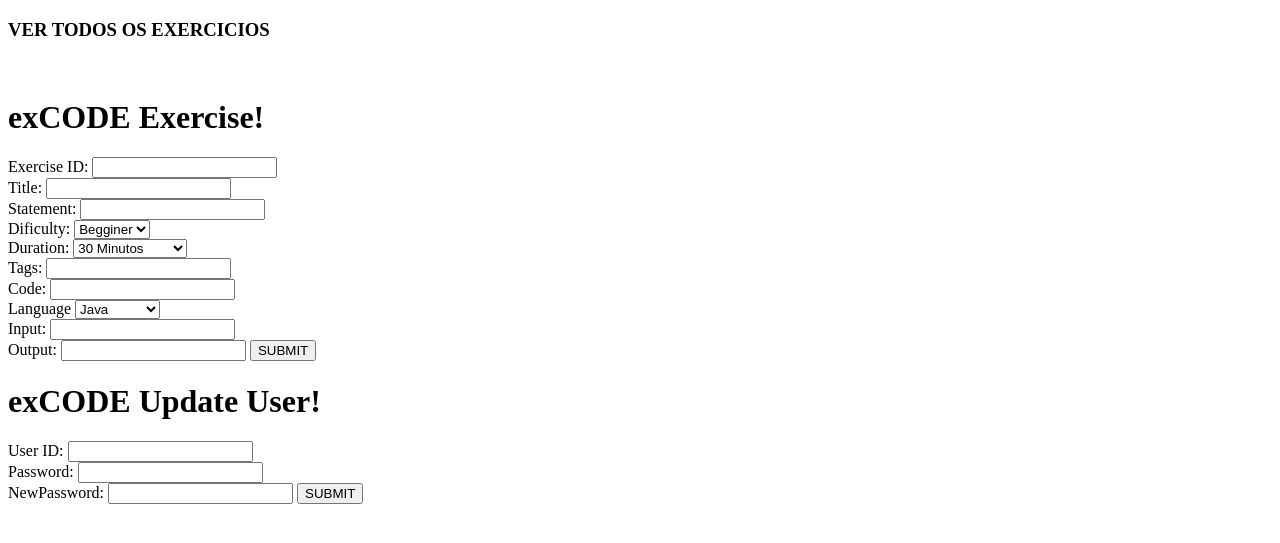
Repository: andregouveia8/EXCODE-API
Page: exCODE PROGRAMING EXERCISES API/API/exCODE API/exCODEAPI/WebContent/dashboard.html
The author's editor kept a copy of each file at every save. The page is drawn from the files as they stood at one save, then again after the next save.
The browser window is 1280 px wide. The pictures show the whole page.
Some web libraries are served in a nearby version.

Above is the page before, as saved 2018-01-20 14:45:56.

### exCODE PROGRAMING EXERCISES API/API/exCODE API/exCODEAPI/WebContent/dashboard.html
<!DOCTYPE html>
<html>

<head>
    <meta charset="ISO-8859-1">
    <title>GAME SERVICE</title>
    <script src="https://ajax.googleapis.com/ajax/libs/jquery/3.2.1/jquery.min.js"></script>

    <script>

        //GET ALL EXERCISES by USER


        // $(document).ready(function () {
        //     $("#btnSubmit1").click(function () {

        //         var myToken;
        //         var exerciseID = $("#txtExerciseID1").val();
        //         if (localStorage.token == null) {
        //             myToken = "eyJhbGciOiJIUzI1NiIsInR5cCI6IkpXVCJ9.eyJzdWIiOiIxMjM0NTY3ODkwIiwibmFtZSI6IkpvaG4gRG9lIiwiYWRtaW4iOnRydWV9.TJVA95OrM7E2cBab30RMHrHDcEfxjoYZgeFONFh7HgQ";
        //         } else {
        //             myToken = localStorage.token;
        //         }


        //         $.ajax({

        //             exerciseID: $("#txtExerciseID").val(),

        //             method: "DELETE",
        //             url: "http://localhost:8081/exCODEAPI/rest/exercises/" + exerciseID,
        //             data: {

        //                 token: myToken

        //             }
        //         })
        //             .done(function (msg) {
        //                 console.log("Exercise Delete");

        //             });
        //     });


        //     $(document).ready(function () {
        //         $("#btnSubmit2").click(function () {

        //             var myToken;
        //             var userID = $("#txtUserID1").val();
        //             if (localStorage.token == null) {
        //                 myToken = "eyJhbGciOiJIUzI1NiIsInR5cCI6IkpXVCJ9.eyJzdWIiOiIxMjM0NTY3ODkwIiwibmFtZSI6IkpvaG4gRG9lIiwiYWRtaW4iOnRydWV9.TJVA95OrM7E2cBab30RMHrHDcEfxjoYZgeFONFh7HgQ";
        //             } else {
        //                 myToken = localStorage.token;
        //             }


        //             $.ajax({



        //                 method: "DELETE",
        //                 url: "http://localhost:8081/exCODEAPI/rest/users/" + userID,
        //                 data: {

        //                     token: myToken,
        //                     password: $("#txtPassword1").val()

        //                 }
        //             })
        //                 .done(function (msg) {
        //                     console.log("User Delete");

        //                 });
        //         });
        //     });




        //     $("#btnSubmit").click(function () {

        //         var myToken;
        //         if (localStorage.token == null) {
        //             myToken = "eyJhbGciOiJIUzI1NiIsInR5cCI6IkpXVCJ9.eyJzdWIiOiIxMjM0NTY3ODkwIiwibmFtZSI6IkpvaG4gRG9lIiwiYWRtaW4iOnRydWV9.TJVA95OrM7E2cBab30RMHrHDcEfxjoYZgeFONFh7HgQ";
        //         } else {
        //             myToken = localStorage.token;
        //         }


        //         $.ajax({
        //             method: "POST",
        //             url: "http://localhost:8081/exCODEAPI/rest/exercises",
        //             data: {
        //                 exerciseID: $("#txtExerciseID").val(),
        //                 title: $("#txtTitle").val(),
        //                 statement: $("#txtStatement").val(),
        //                 dificulty: $("#selectDificulty").val(),
        //                 duration: $("#selectDuration").val(),
        //                 tags: $("#txtTags").val(),
        //                 code: $("#txtCode").val(),
        //                 language: $("#txtStatement").val(),
        //                 input: $("#txtInput").val(),
        //                 output: $("#txtOutput").val(),
        //                 token: myToken

        //             }
        //         })
        //             .done(function (msg) {
        //                 console.log("Exercise Done");

        //             });
        //     });




        $("#btnSubmit3").click(function () {

                 var myToken;
                 if (localStorage.token == null) {
                    myToken = "eyJhbGciOiJIUzI1NiIsInR5cCI6IkpXVCJ9.eyJzdWIiOiIxMjM0NTY3ODkwIiwibmFtZSI6IkpvaG4gRG9lIiwiYWRtaW4iOnRydWV9.TJVA95OrM7E2cBab30RMHrHDcEfxjoYZgeFONFh7HgQ";
                 } else {
                    myToken = localStorage.token;
                }

                 userID = $("#txtUserID2").val();
                 $.ajax({
                     method: "PUT",
                     url: "http://localhost:8081/exCODEAPI/rest/users/" + userID,
                     data: {

                    	 password: $("#txtPassword1").val(),
                	 	 newPassword: $("#txtPassword2").val(),
                         token: myToken

                     }
                 })
                     .done(function (msg) {
                         console.log("Exercise PUT");

                    });
             });




        // });
    </script>
</head>

<body>

    <h3> VER TODOS OS EXERCICIOS </h3>
    <br>
    <div>
        <table id="tableAllExercises"></table>
    </div>










    <h1>exCODE Exercise!</h1>
    Exercise ID:
    <input id="txtExerciseID" type="text" />
    <br/> Title:
    <input id="txtTitle" type="text" />
    <br/> Statement:
    <input id="txtStatement" type="text" />
    <br/> Dificulty:
    <select id="selectDificulty">
        <option value="Begginer">Begginer</option>
        <option value="Normal">Normal</option>
        <option value="Pro">Pro</option>
        <option value="Expert">Expert</option>
    </select>
    <br> Duration:
    <select id="selectDuration">
        <option value="30">30 Minutos</option>
        <option value="15">15 Minutos</option>
        <option value="60">1 Hora</option>
        <option value="90">1 Hora e Meia</option>
        <option value="91">+1 Hora e Meia</option>

    </select>
    <br> Tags:
    <input id="txtTags" type="text" />
    <br> Code:
    <input id="txtCode" type="text" />
    <br> Language
    <select id="selectLanguage">
        <option value="Java">Java</option>
        <option value="CSharp">CSharp</option>
        <option value="JavaScript">JavaScript</option>
    </select>
    <br>Input:
    <input id="txtInput" type="text" />
    <br>Output:
    <input id="txtOutput" type="text" />
    <input id="btnSubmit" type="button" value="SUBMIT" />
    <br/>


<!--
    <h1>exCODE Remove Exercise!</h1>
    Exercise ID:
    <input id="txtExerciseID1" type="text" />
    <input id="btnSubmit1" type="button" value="SUBMIT" />
    <br/>


    <h1>exCODE Remove User!</h1>
    User ID:
    <input id="txtUserID1" type="text" />
    <br> Password:
    <input id="txtPassword1" type="text" />
    <input id="btnSubmit2" type="button" value="SUBMIT" />
    <br/> -->

     <h1>exCODE Update User!</h1>
    User ID:
    <input id="txtUserID2" type="text" />
    <br> Password:
    <input id="txtPassword1" type="text" />
    <br> NewPassword:
    <input id="txtPassword2" type="text" />
    <input id="btnSubmit3" type="button" value="SUBMIT" />
    <br/>





</body>

</html>

After the next save:
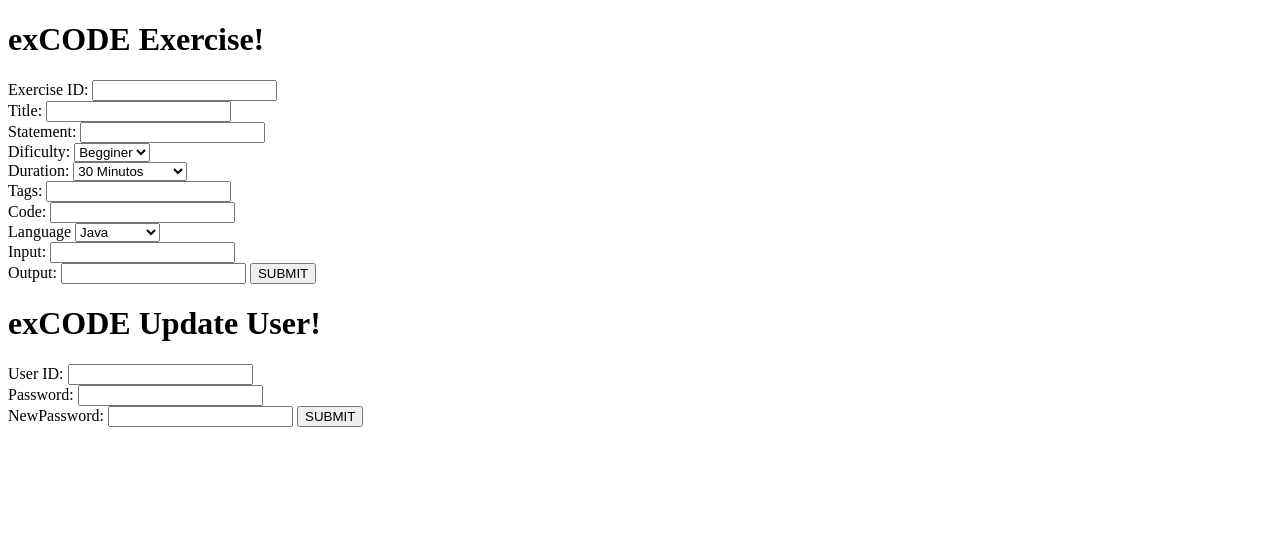
Saved 11 s later.
--- a/exCODE PROGRAMING EXERCISES API/API/exCODE API/exCODEAPI/WebContent/dashboard.html
+++ b/exCODE PROGRAMING EXERCISES API/API/exCODE API/exCODEAPI/WebContent/dashboard.html
@@ -150,19 +150,11 @@
 
 <body>
 
-    <h3> VER TODOS OS EXERCICIOS </h3>
+   <!--  <h3> VER TODOS OS EXERCICIOS </h3>
     <br>
     <div>
         <table id="tableAllExercises"></table>
-    </div>
-
-
-
-
-
-
-
-
+    </div> -->
 
 
     <h1>exCODE Exercise!</h1>
